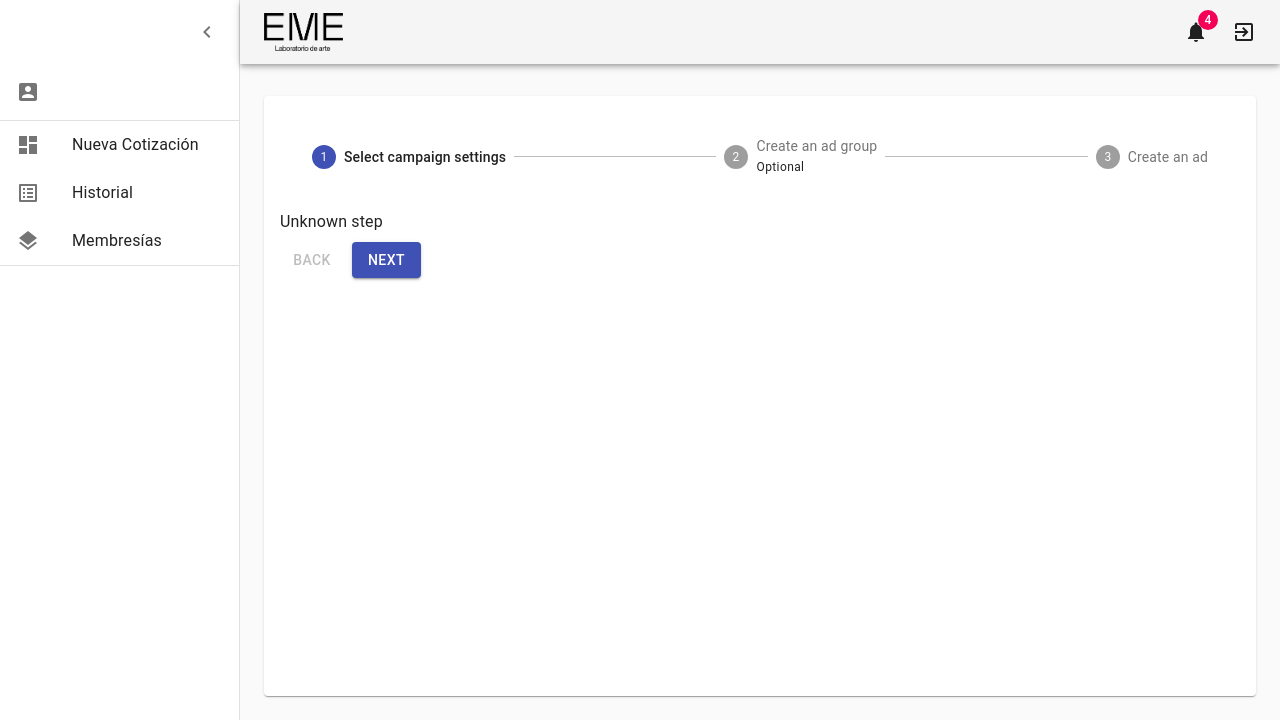
Repository: BrendaCarranco/eme-lab
Page: /Trabajo
An editor plug-in stored every save of this project. The page is shown before and after a run of saves, followed by the edit.
The browser window is 1280 px wide. The pictures show the whole page.
An inner scrolling area shows only its first screen. Some web libraries are served in a nearby version. The project was rebuilt for these pictures with package versions that can differ from the ones it lists, and the page was loaded fresh each time. Also part of the build but not shown: src/components/buildingPage/Building.js, src/temaConfig.js, src/components/buildingPage/Landing.js, src/components/login/Reset.js, src/components/Dashboard/Title.js, src/components/Dashboard/Historial.js, src/components/Dashboard/Membresias.js, src/components/login/ModalPass.js and 5 more.

Above is the page before, as saved 2020-08-27 20:36:55.

### public/index.html
<!DOCTYPE html>
<html lang="en">

<head>
  <meta charset="utf-8" />

  <meta name="viewport" content="width=device-width, initial-scale=1" />
  <meta name="theme-color" content="#000000" />
  <meta name="description" content="Web site created using create-react-app" />
  <link rel="icon" type="image/png" href="/eme-icon.png">


  </style>

  <!--
      manifest.json provides metadata used when your web app is installed on a
      user's mobile device or desktop. See https://developers.google.com/web/fundamentals/web-app-manifest/
    -->
  <link rel="manifest" href="%PUBLIC_URL%/manifest.json" />
  <!-- CSS only -->
  <link rel="stylesheet" href="https://stackpath.bootstrapcdn.com/bootstrap/4.5.2/css/bootstrap.min.css"
    integrity="sha384-JcKb8q3iqJ61gNV9KGb8thSsNjpSL0n8PARn9HuZOnIxN0hoP+VmmDGMN5t9UJ0Z" crossorigin="anonymous">

  <!--
      Notice the use of %PUBLIC_URL% in the tags above.
      It will be replaced with the URL of the `public` folder during the build.
      Only files inside the `public` folder can be referenced from the HTML.

      Unlike "/favicon.ico" or "favicon.ico", "%PUBLIC_URL%/favicon.ico" will
      work correctly both with client-side routing and a non-root public URL.
      Learn how to configure a non-root public URL by running `npm run build`.
    -->
  <title>EME Laboratorio de arte</title>
</head>

<body>
  <noscript>You need to enable JavaScript to run this app.</noscript>
  <div id="root"></div>
  <!--
      This HTML file is a template.
      If you open it directly in the browser, you will see an empty page.

      You can add webfonts, meta tags, or analytics to this file.
      The build step will place the bundled scripts into the <body> tag.

      To begin the development, run `npm start` or `yarn start`.
      To create a production bundle, use `npm run build` or `yarn build`.
    -->
  <!-- Compiled and minified JavaScript -->

  <script src="https://code.jquery.com/jquery-3.2.1.slim.min.js"
    integrity="sha384-KJ3o2DKtIkvYIK3UENzmM7KCkRr/rE9/Qpg6aAZGJwFDMVNA/GpGFF93hXpG5KkN"
    crossorigin="anonymous"></script>
  <script src="https://cdnjs.cloudflare.com/ajax/libs/popper.js/1.12.9/umd/popper.min.js"
    integrity="sha384-ApNbgh9B+Y1QKtv3Rn7W3mgPxhU9K/ScQsAP7hUibX39j7fakFPskvXusvfa0b4Q"
    crossorigin="anonymous"></script>
  <script src="https://maxcdn.bootstrapcdn.com/bootstrap/4.0.0/js/bootstrap.min.js"
    integrity="sha384-JZR6Spejh4U02d8jOt6vLEHfe/JQGiRRSQQxSfFWpi1MquVdAyjUar5+76PVCmYl"
    crossorigin="anonymous"></script>
</body>

</html>

### src/App.js
import React, { useEffect, useState, useContext } from 'react';
import { BrowserRouter, Switch, Route } from 'react-router-dom';
import { firebase } from './firebase';
import Building from './components/buildingPage/Building';
import Landing from './components/buildingPage/Landing';
import Reset from './components/login/Reset';
import Dashboard from './components/Dashboard/Dashboard';
import SignInSide from './components/login/SignInSide';
import Admin from './components/admin/Admin';

import { UserContext } from './context/UserProvider';
import NoMember from './components/Dashboard/NoMember';

function App() {

  const [firebaseUser, setFirebaseUser] = useState(null);
  const [fbName, setFbName] = useState('');
  const [fbMail, setFbMail] = useState('');
  const [usersFiles, setUsersFiles] = useState([]);


  const { userProvider } = useContext(UserContext);


  //Observador
  useEffect(() => {
    firebase.auth().onAuthStateChanged(user => {
      console.log(user);
      if (user) {
        setFbName(user.displayName);
        setFbMail(user.email);
        setFirebaseUser(user);
      } else {
        setFirebaseUser(null);
        return;
      }
    });
  }, [firebaseUser]);

  return (
    <BrowserRouter>
      <Switch>
        <Route exact path='/'>
          <Landing />
        </Route>
        {/*
        <Route path='/admin'>
          <Admin usersFiles={usersFiles} />
        </Route> */}

        <Route path='/dashboard'>

          {
            userProvider.role === 'Admin' && <Admin usersFiles={usersFiles} />
          }
          {
            userProvider.role === 'Miembro' && <Dashboard firebaseUser={firebaseUser} setUsersFiles={setUsersFiles} usersFiles={usersFiles} fbMail={fbMail} />
          }
          {
            userProvider.role === 'Invitado' && <NoMember />
          }



        </Route>

        <Route path='/signin'>
          <SignInSide />
        </Route>

        <Route path='/Admin'>
          <Admin />
        </Route>

        <Route path='/Trabajo'>
          <Dashboard />
        </Route>



      </Switch>
    </BrowserRouter>
  );
}

export default App;

### src/context/UserProvider.js
import React, { createContext, useEffect } from 'react';
import { useState } from 'react';
import { firebase } from '../firebase';

export const UserContext = createContext();

const UserProvider = (props) => {

    const dataInitialUser = {
        email: null,
        uid: null,
        role: 'Invitado',
        displayName: null
    };

    const [userProvider, setUserProvider] = useState(dataInitialUser);


    useEffect(() => {
        detectUser();
    }, []);

    const detectUser = () => {
        firebase.auth().onAuthStateChanged(user => {
            if (user) {
                console.log(user, 'user provider');
                user.getIdTokenResult()
                    .then(idTokenResult => {
                        console.log(idTokenResult, 'token');
                        if (!!idTokenResult.claims.Admin) {
                            console.log('es admin');
                            setUserProvider({
                                email: user.email,
                                uid: user.uid,
                                displayName: user.displayName,
                                role: 'Admin'

                            });
                        } else if (!!idTokenResult.claims.Member) {
                            console.log('es miembro');
                            setUserProvider({
                                email: user.email,
                                uid: user.uid,
                                displayName: user.displayName,
                                role: 'Miembro'
                            });
                        } else {
                            console.log('es invitado');
                            setUserProvider({
                                email: user.email,
                                uid: user.uid,
                                displayName: user.displayName,
                                role: 'Invitado'

                            });
                        }
                    }
                    );

            } else {
                console.log(user, 'user provider null');
            }
        });
    };

    const userRegister = async (email, password, name) => {
        try {
            const res = await firebase.auth().createUserWithEmailAndPassword(email, password);
            const collection = await firebase.firestore().collection('usuarios').doc(res.user.email).get();

            if (!collection.exists) {
                await firebase.firestore().collection('usuarios').doc(res.user.email).set({
                    email: res.user.email,
                    uid: res.user.uid,
                    role: 'Invitado',
                    displayName: name
                });
                let current = firebase.auth().currentUser;
                current.updateProfile({
                    displayName: name
                });

            }

        } catch (error) {
            console.log(error);
        }
        firebase.auth().signOut();
    };

    return (
        <UserContext.Provider value={{ userProvider, userRegister }} >
            {props.children}
        </UserContext.Provider>
    );
};

export default UserProvider;

### src/firebase.js
import firebase from 'firebase/app';
import 'firebase/auth';
import 'firebase/firestore';
import 'firebase/storage';
import 'firebase/functions';

const firebaseConfig = {
    apiKey: "AIzaSyB1b8DSEsphXC6iROi09Go8DnzwT9N6RYY",
    authDomain: "eme-lab.firebaseapp.com",
    databaseURL: "https://eme-lab.firebaseio.com",
    projectId: "eme-lab",
    storageBucket: "eme-lab.appspot.com",
    messagingSenderId: "906776180001",
    appId: "1:906776180001:web:939db4508539931fda3a60"
};
// Initialize Firebase
firebase.initializeApp(firebaseConfig);

export { firebase };

### src/components/Dashboard/Cotizacion.js
import React, { useState } from 'react';
import { firebase } from '../../firebase';
import moment from 'moment';
import 'moment/locale/es';

import Container from '@material-ui/core/Container';
import { makeStyles } from '@material-ui/core/styles';
import Typography from '@material-ui/core/Typography';
import Title from './Title';
import TextField from '@material-ui/core/TextField';
import Button from '@material-ui/core/Button';
import Stepper from '@material-ui/core/Stepper';
import Step from '@material-ui/core/Step';
import StepLabel from '@material-ui/core/StepLabel';

const useStyles = makeStyles((theme) => ({
  root: {
    width: '100%',
  },
  button: {
    marginRight: theme.spacing(1),
  },
  instructions: {
    marginTop: theme.spacing(1),
    marginBottom: theme.spacing(1),
  },
}));

function getSteps() {
  return ['Select campaign settings', 'Create an ad group', 'Create an ad'];
}

function getStepContent({ step, firebaseUser, setUsersFiles, usersFiles }) {

  const [fileUrl, setFileUrl] = useState(null);
  const [input, setInput] = useState('');
  let time = Date.now();
  let timeFormat = moment(time).format('LLL');

  const handleChangeFile = async e => {
    const file = e.target.files[0];
    const storageRef = firebase.storage().ref('Cotizaciones').child(firebaseUser.email);
    const fileRef = storageRef.child(file.name);
    await fileRef.put(file);
    setFileUrl(await fileRef.getDownloadURL());
  };

  const handleSubmit = e => {
    e.preventDefault();
    //console.log('submit');

    const username = e.target.username.value;
    setInput(username);
    if (!username) {
      return;
    }

    const newUserFile = {
      name: username,
      fileLink: fileUrl,
      date: timeFormat,
      email: firebaseUser.email,
      user: firebaseUser.displayName,
      status: 'Pendiente'
    };
    //esta sube la imegen
    firebase.firestore().collection('files').doc().set(newUserFile);
    setUsersFiles([
      ...usersFiles,
      { ...newUserFile }

    ]);
    setInput('');
    setFileUrl('');
    return alert('archivo subido');
  };

  switch (step) {
    case 0:
      return 'Select campaign settings...';
    case 1:
      return 'What is an ad group anyways?';
    case 2:
      return (
        <div>
        <Title>Nueva Cotización</Title>
        <Container maxWidth="xs">
          <Typography variant="h6" color="initial">
            Llena el siguiente formulario para poder realizar tu cotización
         </Typography>
          <form onSubmit={handleSubmit}>
            <TextField
              variant="outlined"
              margin="normal"
              required
              fullWidth
              id="outlined-basic"
              label="Nombre"
              name='username'
              onChange={e => setInput(e.target.value)}
              value={input}

            />
            <TextField
              variant="outlined"
              margin="normal"
              required
              fullWidth
              id="outlined-basic"
              name='file'
              type='file'
              onChange={handleChangeFile}
            />
            <Button
              type="submit"
              fullWidth
              variant="outlined"
              color="default"
            >Enviar</Button>



          </form>
        </Container>
        </div>
      );
    default:
      return 'Unknown step';
  }
}

export default function Cotización() {
  const classes = useStyles();
  const [activeStep, setActiveStep] = React.useState(0);
  const [skipped, setSkipped] = React.useState(new Set());
  const steps = getSteps();

  const isStepOptional = (step) => {
    return step === 1;
  };

  const isStepSkipped = (step) => {
    return skipped.has(step);
  };

  const handleNext = () => {
    let newSkipped = skipped;
    if (isStepSkipped(activeStep)) {
      newSkipped = new Set(newSkipped.values());
      newSkipped.delete(activeStep);
    }

    setActiveStep((prevActiveStep) => prevActiveStep + 1);
    setSkipped(newSkipped);
  };

  const handleBack = () => {
    setActiveStep((prevActiveStep) => prevActiveStep - 1);
  };

  const handleSkip = () => {
    if (!isStepOptional(activeStep)) {
      // You probably want to guard against something like this,
      // it should never occur unless someone's actively trying to break something.
      throw new Error("You can't skip a step that isn't optional.");
    }

    setActiveStep((prevActiveStep) => prevActiveStep + 1);
    setSkipped((prevSkipped) => {
      const newSkipped = new Set(prevSkipped.values());
      newSkipped.add(activeStep);
      return newSkipped;
    });
  };

  const handleReset = () => {
    setActiveStep(0);
  };

  return (
    <div className={classes.root}>
      <Stepper activeStep={activeStep}>
        {steps.map((label, index) => {
          const stepProps = {};
          const labelProps = {};
          if (isStepOptional(index)) {
            labelProps.optional = <Typography variant="caption">Optional</Typography>;
          }
          if (isStepSkipped(index)) {
            stepProps.completed = false;
          }
          return (
            <Step key={label} {...stepProps}>
              <StepLabel {...labelProps}>{label}</StepLabel>
            </Step>
          );
        })}
      </Stepper>
      <div>
        {activeStep === steps.length ? (
          <div>
            <Typography className={classes.instructions}>
              All steps completed - you&apos;re finished
            </Typography>
            <Button onClick={handleReset} className={classes.button}>
              Reset
            </Button>
          </div>
        ) : (
          <div>
            <Typography className={classes.instructions}>{getStepContent(activeStep)}</Typography>
            <div>
              <Button disabled={activeStep === 0} onClick={handleBack} className={classes.button}>
                Back
              </Button>
              {isStepOptional(activeStep) && (
                <Button
                  variant="contained"
                  color="primary"
                  onClick={handleSkip}
                  className={classes.button}
                >
                  Skip
                </Button>
              )}

              <Button
                variant="contained"
                color="primary"
                onClick={handleNext}
                className={classes.button}
              >
                {activeStep === steps.length - 1 ? 'Finish' : 'Next'}
              </Button>
            </div>
          </div>
        )}
      </div>
    </div>
  );
}

Loaded but not shown: src/index.js (common file); src/index.css (common file); src/serviceWorker.js (common file); src/components/Dashboard/Dashboard.js (300 lines, source omitted)

After the next 2 saves:
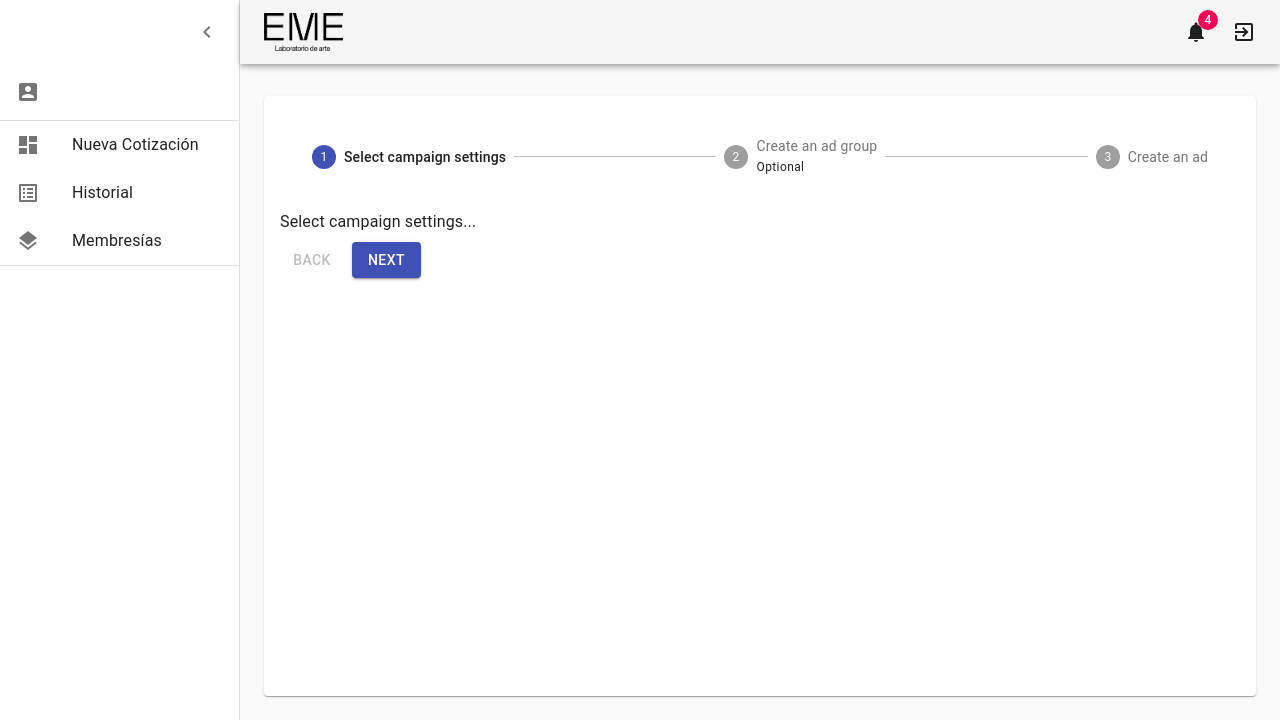
The 2 saves are shown as one change because 1 did not build or start.
The last was saved 7 min 32 s later.
--- a/src/components/Dashboard/Cotizacion.js
+++ b/src/components/Dashboard/Cotizacion.js
@@ -30,7 +30,7 @@
   return ['Select campaign settings', 'Create an ad group', 'Create an ad'];
 }
 
-function getStepContent({ step, firebaseUser, setUsersFiles, usersFiles }) {
+function getStepContent(step) {
 
   const [fileUrl, setFileUrl] = useState(null);
   const [input, setInput] = useState('');

After the 3 saves that followed:
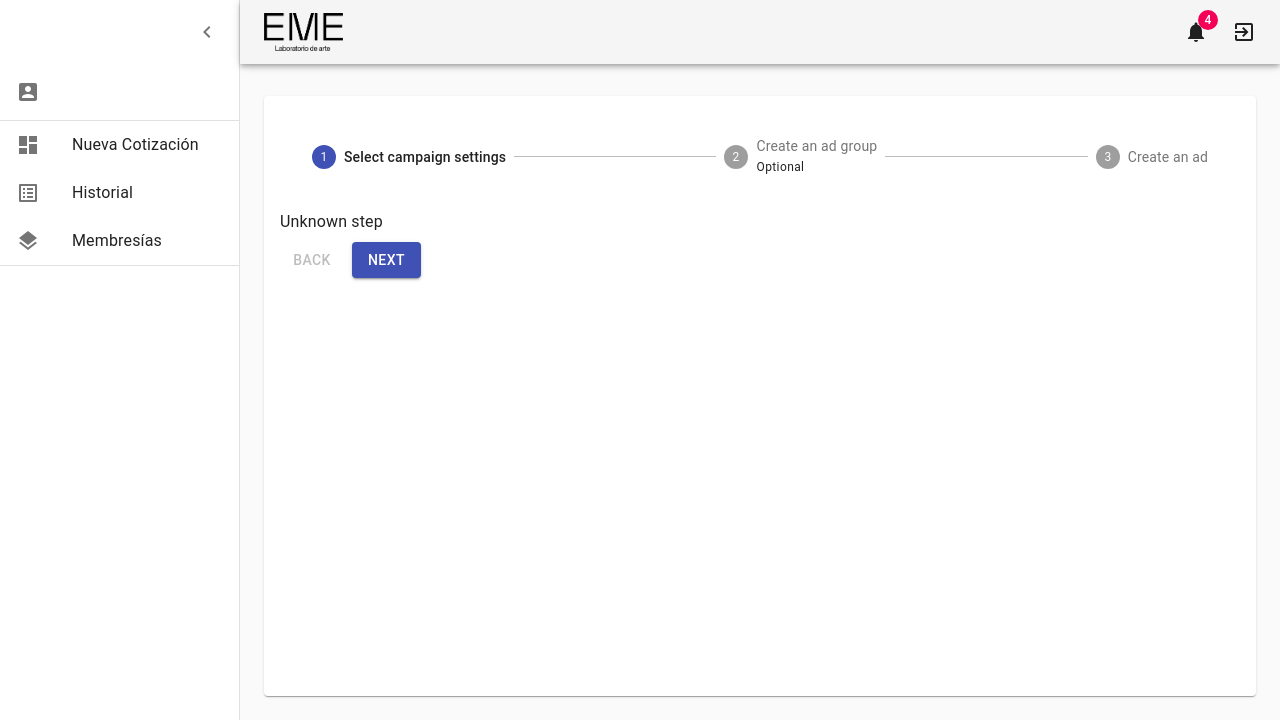
The 3 saves are shown as one change because 2 did not build or start.
The last was saved 44 s later.
--- a/src/components/Dashboard/Cotizacion.js
+++ b/src/components/Dashboard/Cotizacion.js
@@ -30,7 +30,7 @@
   return ['Select campaign settings', 'Create an ad group', 'Create an ad'];
 }
 
-function getStepContent(step) {
+function getStepContent({step, firebaseUser, setUsersFiles, usersFiles }) {
 
   const [fileUrl, setFileUrl] = useState(null);
   const [input, setInput] = useState('');
